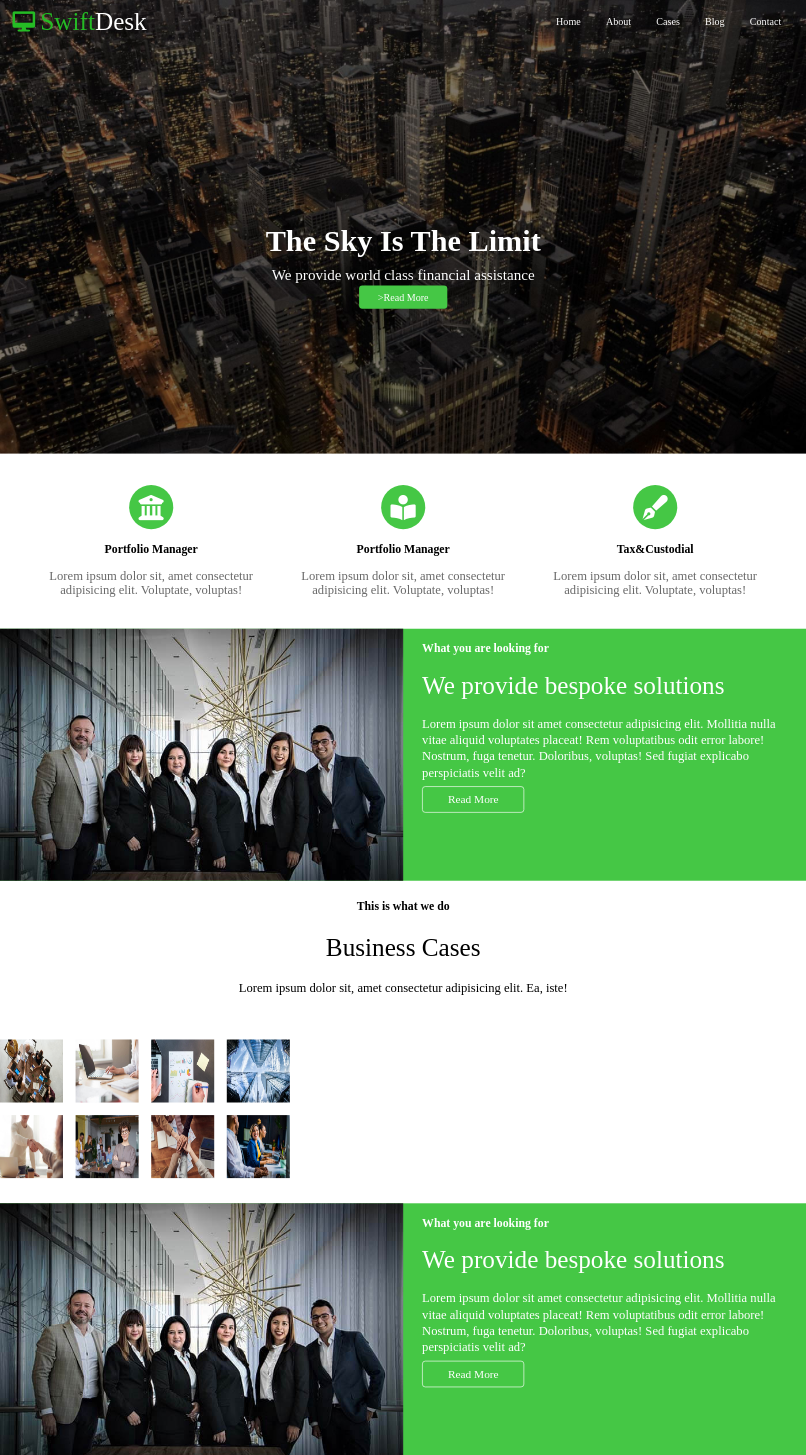
Repository: reemoon-ctrl/swiftdisk-Website-Flexbox
Page: index.html
These files come from the project's save history. The page is drawn as it stood at one moment and after a run of saves; the edit follows.
The browser window is 1280 px wide. The pictures show the whole page, at 63% of full size.

Above is the page before, as saved 2024-07-27 09:46:38.

After the next 2 saves:
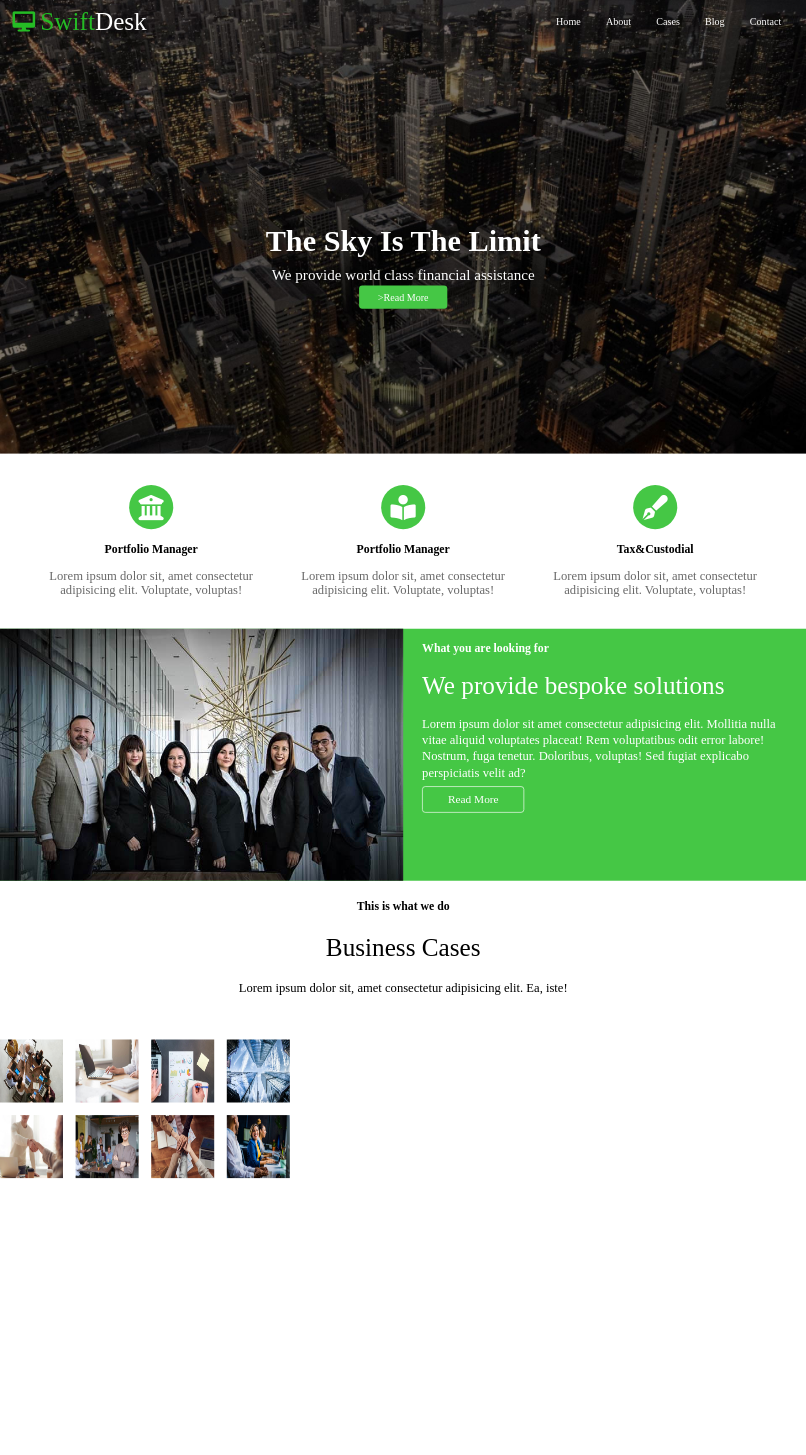
The 2 saves are shown as one change because they came seconds apart.
The last was saved 20 s later.
--- a/index.html
+++ b/index.html
@@ -84,7 +84,7 @@
         </div>
 
         <div>
-            <div class="solutions">
+            <div class="BLOG">
                 <div class="img"></div>
                 <div class="solution-content">
                     <h3>What you are looking for</h3>
